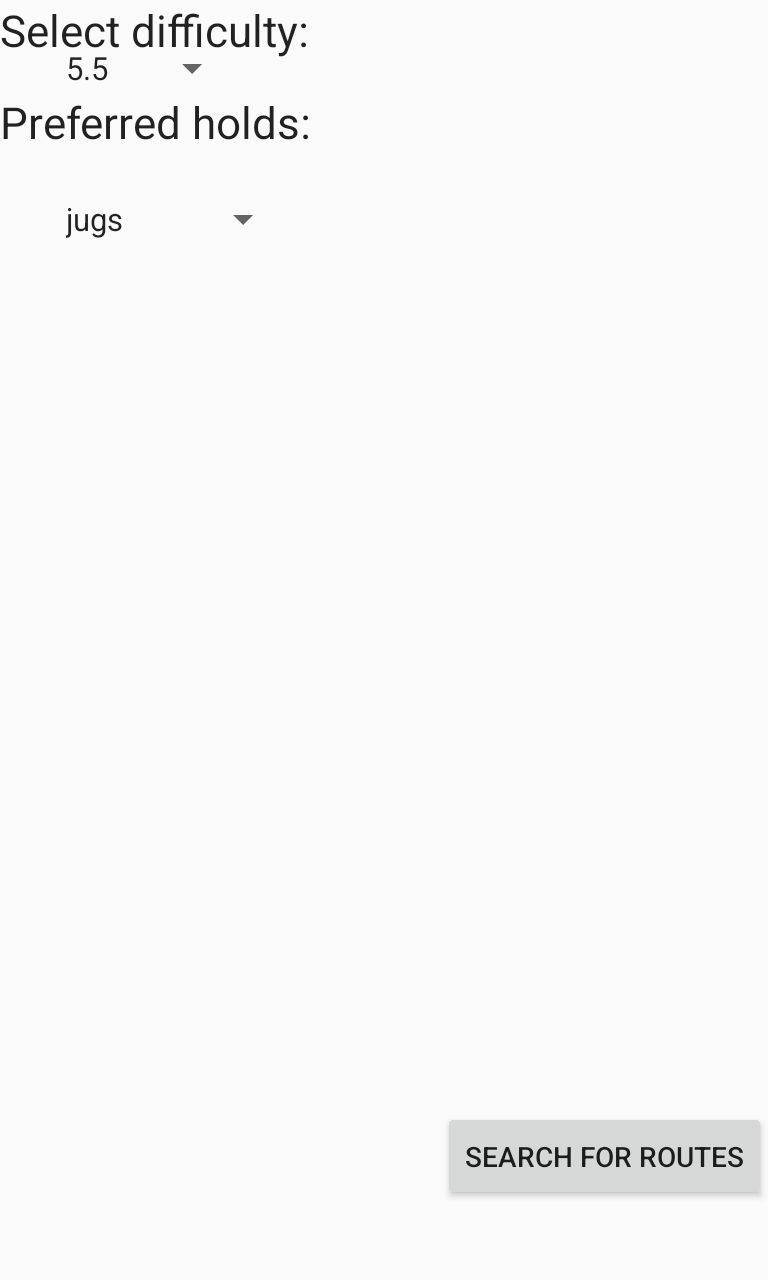
Repository: greener/BoulderBeta
Layout: BoulderBeta/res/layout/activity_main.xml
These files come from the project's save history. The layout is drawn as it stood at one moment and after the next save; the edit follows.
It is drawn on a 768 x 1280 px phone screen (xhdpi) without system bars, with theme AppTheme; the app's code is not run.

Above is the layout before, as saved 2014-04-06 06:06:06.

### BoulderBeta/res/layout/activity_main.xml
<RelativeLayout xmlns:android="http://schemas.android.com/apk/res/android"
    xmlns:tools="http://schemas.android.com/tools"
    android:id="@+id/container"
    android:layout_width="match_parent"
    android:layout_height="match_parent"
    tools:context="edu.mit.appazoo.boulderbeta.MainActivity"
    tools:ignore="MergeRootFrame" >

    <Spinner
        android:id="@+id/spinner1"
        android:layout_width="wrap_content"
        android:layout_height="wrap_content"
        android:layout_alignParentLeft="true"
        android:layout_alignParentTop="true"
        android:layout_marginLeft="25dp"
        android:layout_marginTop="22dp"
        android:entries="@array/difficulty_arrays"
        android:prompt="@string/difficulty_prompt"/>

    <TextView
        android:id="@+id/textView1"
        android:layout_width="wrap_content"
        android:layout_height="wrap_content"
        android:layout_alignParentLeft="true"
        android:layout_alignParentTop="true"
        android:text="Select difficulty:"
        android:textAppearance="?android:attr/textAppearanceLarge" />

    <Button
        android:id="@+id/button1"
        android:layout_width="wrap_content"
        android:layout_height="wrap_content"
        android:layout_alignParentBottom="true"
        android:layout_alignParentRight="true"
        android:layout_marginBottom="38dp"
        android:onClick="openSearch"
        android:text="@string/searchButtonText" />

    <TextView
        android:id="@+id/textView2"
        android:layout_width="wrap_content"
        android:layout_height="wrap_content"
        android:layout_alignParentLeft="true"
        android:layout_below="@+id/spinner1"
        android:text="Preferred holds:"
        android:textAppearance="?android:attr/textAppearanceLarge" />

    <Spinner
        android:id="@+id/spinner2"
        android:layout_width="wrap_content"
        android:layout_height="wrap_content"
        android:layout_alignLeft="@+id/spinner1"
        android:layout_below="@+id/textView2"
        android:layout_marginTop="22dp"
        android:entries="@array/holds_arrays" />

    </RelativeLayout>

### BoulderBeta/res/values/strings.xml
<?xml version="1.0" encoding="utf-8"?>
<resources>

    <string name="app_name">BoulderBeta</string>
    <string name="hello_world">Hello world!</string>
    <string name="action_settings">Settings</string>
    <string name="searchButtonText">Search for Routes</string>
    <string name="routePlaceholderText">I\'m a route!</string>
    <string name="title_activity_routes_list">RoutesListActivity</string>
    <string name="routeName">Example Route</string>

    <string name="difficulty_prompt">Choose a difficulty:</string>

    <string-array name="difficulty_arrays">
        <item>5.5</item>
        <item>5.6</item>
        <item>5.7</item>
        <item>5.8</item>
        <item>5.9</item>
        <item>5.10</item>
        <item>5.11</item>
        <item>5.12</item>
    </string-array>

     <string-array name="holds_arrays">
        <item>jugs</item>
        <item>incuts</item>
        <item>slopers</item>
        <item>pockets</item>
        <item>pinches</item>
        <item>crimps</item>
        <item>chips</item>
        <item>edges</item>
    </string-array>

</resources>

Loaded but not shown: BoulderBeta/res/values/styles.xml (common file); BoulderBeta/res/values-v11/styles.xml (common file); BoulderBeta/res/values-v14/styles.xml (common file)

After the next save:
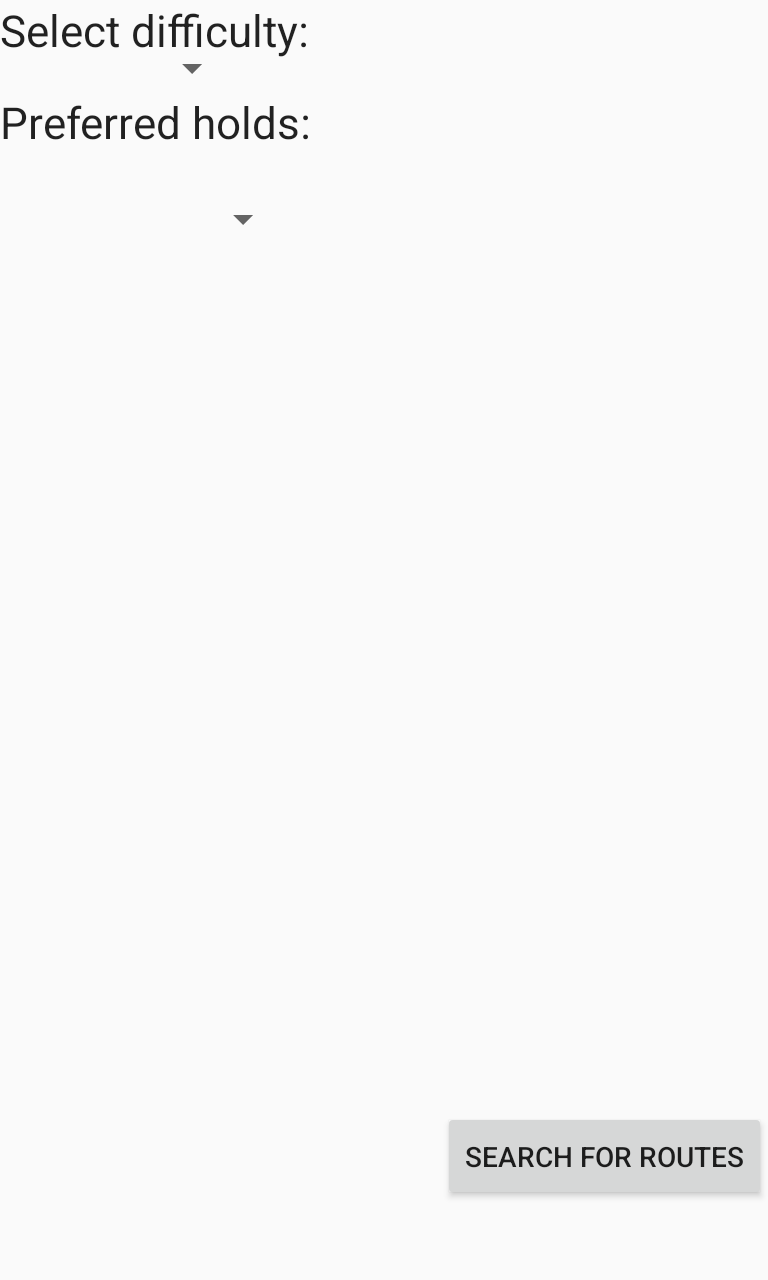
Saved 2 min 49 s later.
--- a/BoulderBeta/res/values/strings.xml
+++ b/BoulderBeta/res/values/strings.xml
@@ -12,6 +12,7 @@
     <string name="difficulty_prompt">Choose a difficulty:</string>
 
     <string-array name="difficulty_arrays">
+        <item></item>
         <item>5.5</item>
         <item>5.6</item>
         <item>5.7</item>
@@ -23,6 +24,7 @@
     </string-array>
 
      <string-array name="holds_arrays">
+        <item></item>
         <item>jugs</item>
         <item>incuts</item>
         <item>slopers</item>
